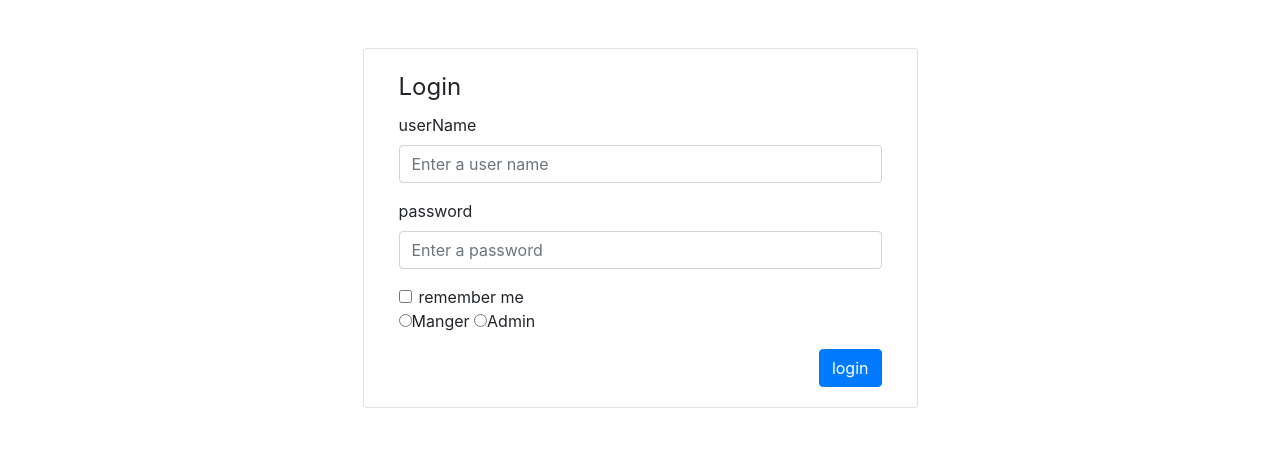
Repository: santhoshkaranth10/TYSS-16sep19-santhoshkaranthkb
Page: http://localhost/assetproject/login.jsp
The author's editor kept a copy of each file at every save. The page is drawn from the files as they stood at one save, then again after the next save.
The browser window is 1280 px wide. The pictures show the whole page.
The page is served by Tomcat 9.

Above is the page before, as saved 2019-11-23 09:45:51.

### eclipse-workspace/assetproject/WebContent/login.jsp
<%@ page language="java" contentType="text/html; charset=ISO-8859-1"
    pageEncoding="ISO-8859-1"%>
<!DOCTYPE html>
<html>
<head>
<meta charset="ISO-8859-1">
<title>Insert title here</title>
  <link rel="stylesheet" href="https://maxcdn.bootstrapcdn.com/bootstrap/4.3.1/css/bootstrap.min.css">
  <script src="https://ajax.googleapis.com/ajax/libs/jquery/3.4.1/jquery.min.js"></script>
  <script src="https://cdnjs.cloudflare.com/ajax/libs/popper.js/1.14.7/umd/popper.min.js"></script>
  <script src="https://maxcdn.bootstrapcdn.com/bootstrap/4.3.1/js/bootstrap.min.js"></script>
</head>
<body>
    <div class="container">
        <div class="card col-md-6 offset-3 mt-5">
            <div class="card-body ">

                <form action="./login" method="POST" role="form">
                    <legend>Login</legend>

                    <div class="form-group">
                        <label for="">userName</label>
                        <input type="text" class="form-control" id="" placeholder="Enter a user name">
                    </div>

                    <div class="form-group">
                            <label for="">password</label>
                            <input type="password" class="form-control" id="" placeholder="Enter a password">
                        </div>

                 <!-- Material unchecked -->
				<div class="form-check">
 					   <input type="checkbox" class="form-check-input" value="rememberme">
 					   <label class="form-check-label" for="materialUnchecked">remember me</label>
				</div>
                  <div class="form-group">
                  <input type="radio" value="manger" >Manger
                  <input type="radio" value="admin" >Admin

                  </div>

                  <div class="form-group">
                     <input type="reset" class="btn btn-outline btn-primary float-right" value="login">
                    </div>

                </form>

            </div>
        </div>
    </div>


</body>
</html>

After the next save:
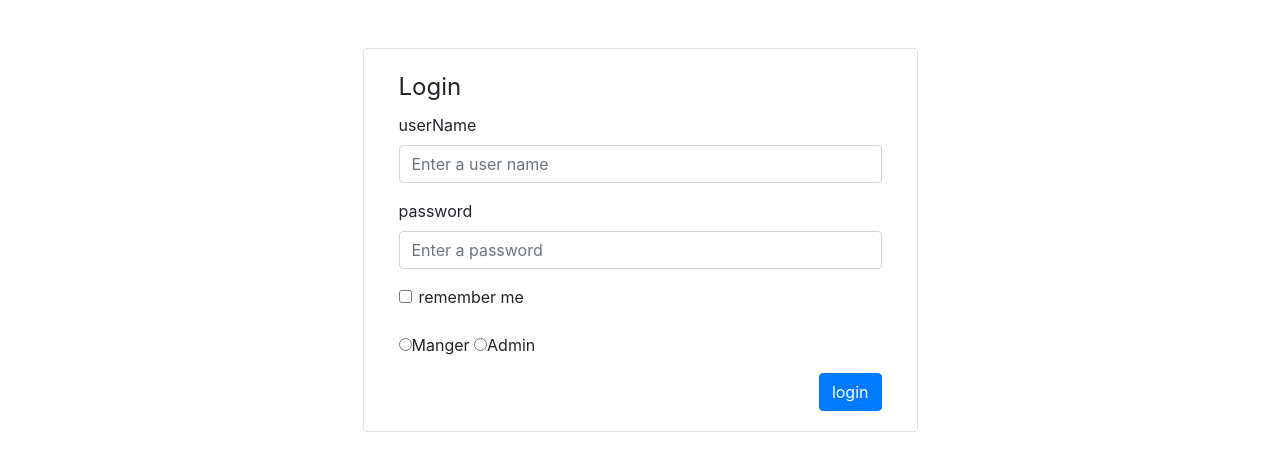
Saved 34 s later.
--- a/eclipse-workspace/assetproject/WebContent/login.jsp
+++ b/eclipse-workspace/assetproject/WebContent/login.jsp
@@ -33,7 +33,8 @@
  					   <input type="checkbox" class="form-check-input" value="rememberme">
  					   <label class="form-check-label" for="materialUnchecked">remember me</label>
 				</div>
-                  <div class="form-group">
+				<br>
+                  <div class="form-group" >
                   <input type="radio" value="manger" >Manger
                   <input type="radio" value="admin" >Admin
 
